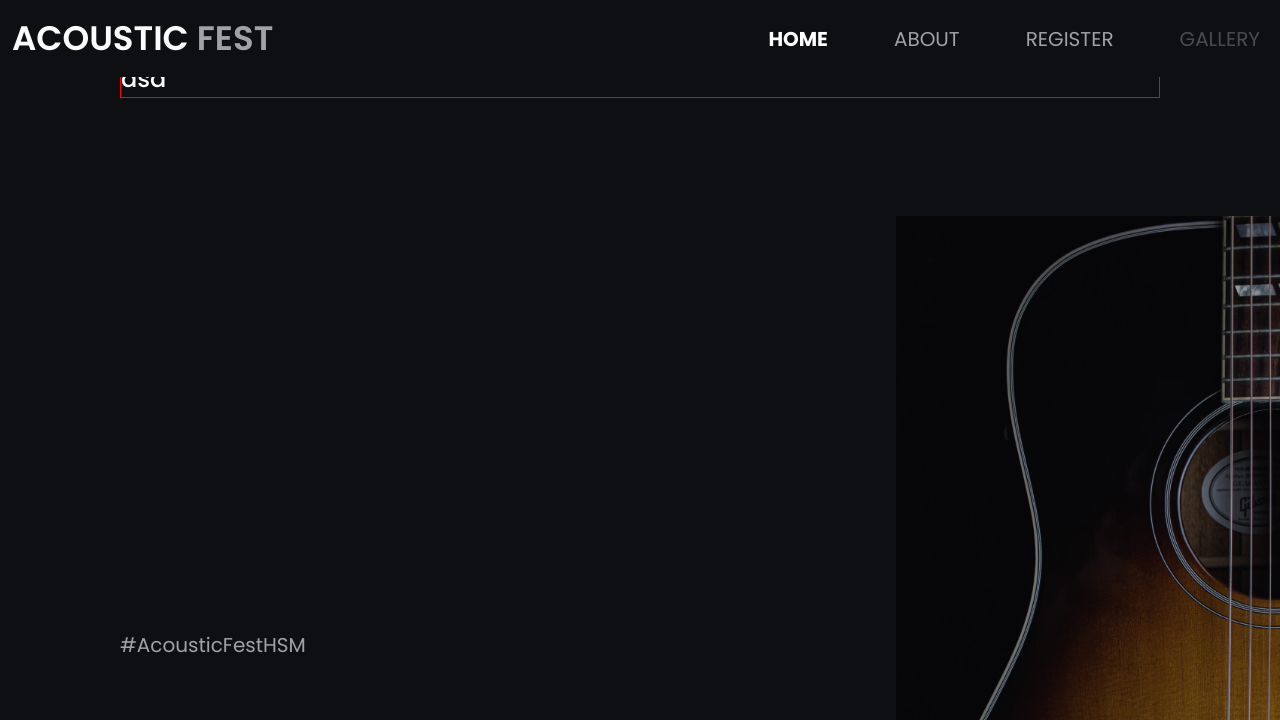
Repository: piyushiso/piyushiso.github.io
Page: event/acousticfest/index.html
The author's editor kept a copy of each file at every save. The page is drawn from the files as they stood at one save, then again after the next save.
The browser window is 1280 px wide. The pictures show the whole page.
Some web fonts or font styles are not loaded; a fallback is used.

Above is the page before, as saved 2022-05-19 14:06:17.

### event/acousticfest/index.html
<html lang="en">
<head>
    <meta charset="UTF-8">
    <meta http-equiv="X-UA-Compatible" content="IE=edge">
    <meta name="viewport" content="width=device-width, initial-scale=1.0">
    <link href="https://cdn.jsdelivr.net/npm/bootstrap@5.2.0-beta1/dist/css/bootstrap.min.css" rel="stylesheet" integrity="sha384-0evHe/X+R7YkIZDRvuzKMRqM+OrBnVFBL6DOitfPri4tjfHxaWutUpFmBp4vmVor" crossorigin="anonymous">
    <link href="https://unpkg.com/aos@2.3.1/dist/aos.css" rel="stylesheet">
    <link href="styles/style.css" rel="stylesheet" type="text/css"/>
    <title>Acoustic Fest 2022</title>
</head>
<body>
    <div class="components">
        <nav class="navbar navbar-expand-lg fixed-top navbar-dark bg-dark">
            <div class="container-fluid">
              <a class="navbar-brand" href="#"><span class="primary">ACOUSTIC</span> FEST</a>
              <div class="d-flex">
                <button class="navbar-toggler" type="button" data-bs-toggle="collapse" data-bs-target="#navbarSupportedContent" aria-controls="navbarSupportedContent" aria-expanded="false" aria-label="Toggle navigation">
                    <span class="navbar-toggler-icon"></span>
                </button>
                <div class="collapse navbar-collapse" id="navbarSupportedContent">
                    <ul class="navbar-nav me-auto mb-2 mb-lg-0">
                        <li class="nav-item primary">
                            <a class="nav-link active" aria-current="page" href="#">HOME</a>
                        </li>
                        <li class="nav-item">
                            <a class="nav-link secondary" href="#">ABOUT</a>
                        </li>
                        <li class="nav-item">
                            <a class="nav-link secondary" href="#">REGISTER</a>
                        </li>
                        <li class="nav-item secondary">
                            <a class="nav-link disabled" href="#">GALLERY</a>
                        </li>
                    </ul>
                </div>
              </div>
            </div>
        </nav>

        <div class="contents">
            asa
        </div>
        <div data-aos="fade-left" data-aos-duration="1000" class="fixed-bottom hashtag">
            <span class="secondary">#AcousticFestHSM</span>
        </div>
    </div>
    <script src="https://cdn.jsdelivr.net/npm/bootstrap@5.2.0-beta1/dist/js/bootstrap.bundle.min.js" integrity="sha384-pprn3073KE6tl6bjs2QrFaJGz5/SUsLqktiwsUTF55Jfv3qYSDhgCecCxMW52nD2" crossorigin="anonymous"></script>
    <script src="https://unpkg.com/aos@2.3.1/dist/aos.js"></script>
    <script src="https://ajax.googleapis.com/ajax/libs/jquery/3.6.0/jquery.min.js"></script>
    <script src="scripts/script.js"></script>
</body>
</html>

### event/acousticfest/styles/style.css
@import url('https://fonts.googleapis.com/css2?family=Montserrat:wght@100&family=Poppins:wght@100;400;500;600;700&display=swap');
@import url('http://fonts.cdnfonts.com/css/choco-cookies');

:root {
    --bg: #0E0F13;
    --primary: #FAFCFD;
    --secondary: #A0A2A6;
    --main-font: 'Poppins', sans-serif;
    --secondary-font: 'Choco Cookies', sans-serif;
    --bold: 700;
    --semi-bold: 600;
    --medium: 500;
    --regular: 400;
    --t1: 64px;
    --t2: 60px;
    --t3: 38px;
    --t4: 34px;
    --t5: 30px;
    --t6: 24px;
    --t7: 20px;
    --gap-x: 120px;
    --gap-y: 60px;
    --gap-sub: 30px;
}

body{
    background: var(--bg);
    color: var(--primary);
    font-family: var(--main-font);
    font-weight: var(--medium);
    font-size: var(--t6);
    letter-spacing: 5% !important;
    background-image: url("../assets/images/background.png");
    background-repeat: no-repeat;
    background-attachment: fixed;
    background-position: bottom right;
    background-size: 30% 70%;
}

nav {
    background: var(--bg) !important;
}

.navbar-dark, .bg-dark{
    background: var(--bg) !important;
    color: var(--primary);
}

.navbar-brand{
    font-size: var(--t4);
    color: var(--secondary);
    font-weight: var(--semi-bold);
}

.nav-item a{
    font-size: var(--t7);
    font-weight: var(--regular);
}



.active{
    font-weight: var(--bold) !important;
}

.navbar ul li{
    padding-left: 50px;
}

.primary{
    color: var(--primary);
}

.secondary{
    color: var(--secondary);
}

.components{
    padding: var(--gap-y) var(--gap-x);
}

.contents{
    /* max-height: 56%; */
    border: solid thin red;
    z-index: 3;
}

.hashtag{
    padding: inherit;
    font-size: var(--t7);
    font-weight: var(--regular);
    transition: .5s;
}

.hashtag span:hover{
    color: var(--primary);
    transition: .5s;
    cursor: pointer;
}

### event/acousticfest/scripts/script.js
AOS.init()
$('.hashtag span').click(function () {
    navigator.clipboard.writeText("#AcousticFestHSM");
})

After the next save:
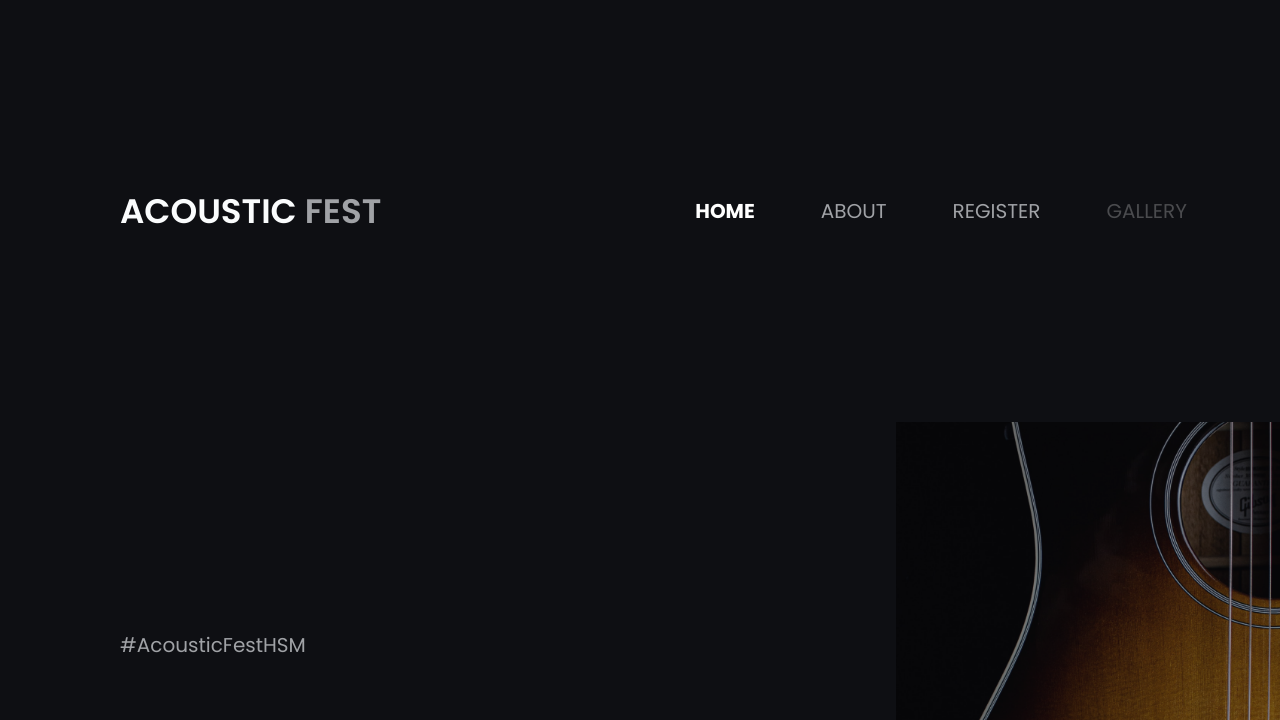
Saved 4 s later.
--- a/event/acousticfest/styles/style.css
+++ b/event/acousticfest/styles/style.css
@@ -57,7 +57,9 @@
     font-weight: var(--regular);
 }
 
-
+nav div{
+    padding: var(--gap-y) var(--gap-x)!important;
+}
 
 .active{
     font-weight: var(--bold) !important;

After the save that followed:
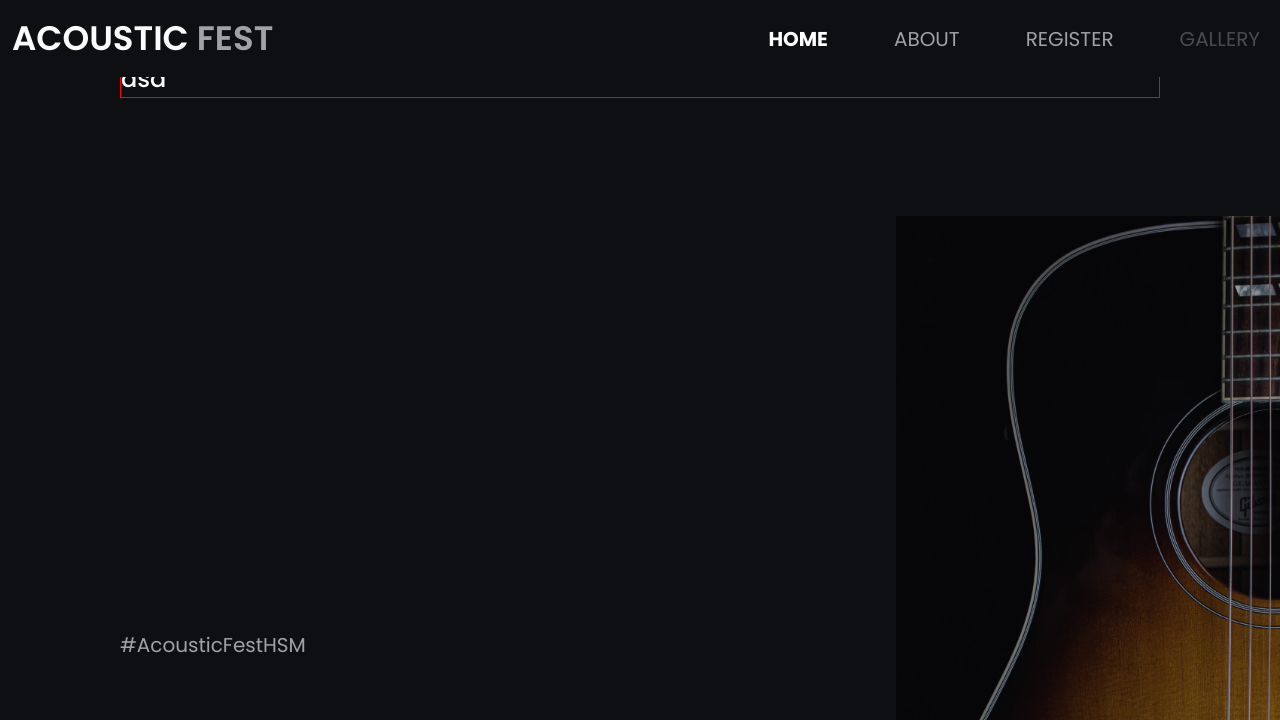
Saved 7 s later.
--- a/event/acousticfest/styles/style.css
+++ b/event/acousticfest/styles/style.css
@@ -58,7 +58,7 @@
 }
 
 nav div{
-    padding: var(--gap-y) var(--gap-x)!important;
+    /* padding: var(--gap-y) var(--gap-x)!important; */
 }
 
 .active{
